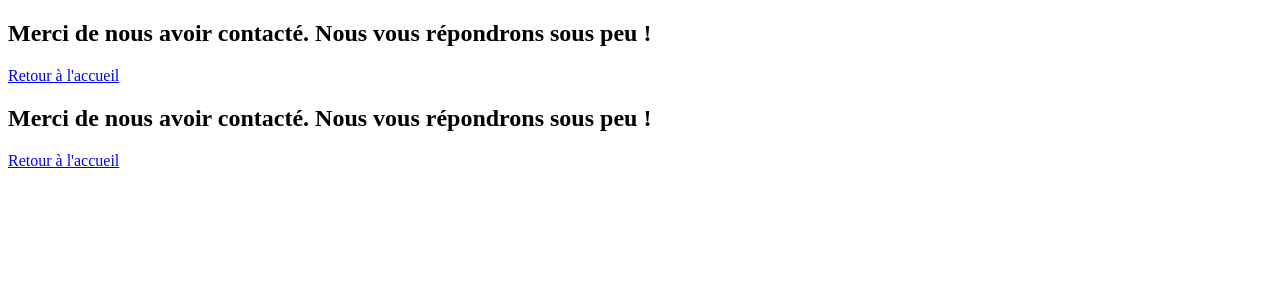
Repository: CarmenFerlatte/TP3__FerlatteCarmen
Page: confirmation.html
These files come from the project's save history. The page is drawn as it stood at one moment and after the next save; the edit follows.
The browser window is 1280 px wide. The pictures show the whole page.

Above is the page before, as saved 2024-08-29 12:29:10.

After the next save:
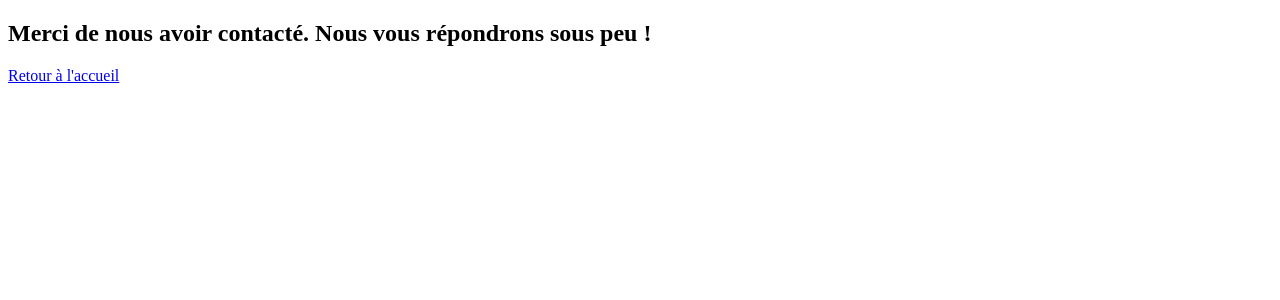
Saved 9 s later.
--- a/confirmation.html
+++ b/confirmation.html
@@ -14,8 +14,6 @@
                     <a class="cursor-pointer" href="index.html" title="Retour à la page d'accueil">Retour à l'accueil</a>
                 </div>
             </div>
-    <h1>Merci de nous avoir contacté. Nous vous répondrons sous peu !</h1>
-    <a class="cursor-pointer" href="index.html" title="Retour à la page d'accueil">Retour à l'accueil</a>
     </main>
 </body>
 </html>
